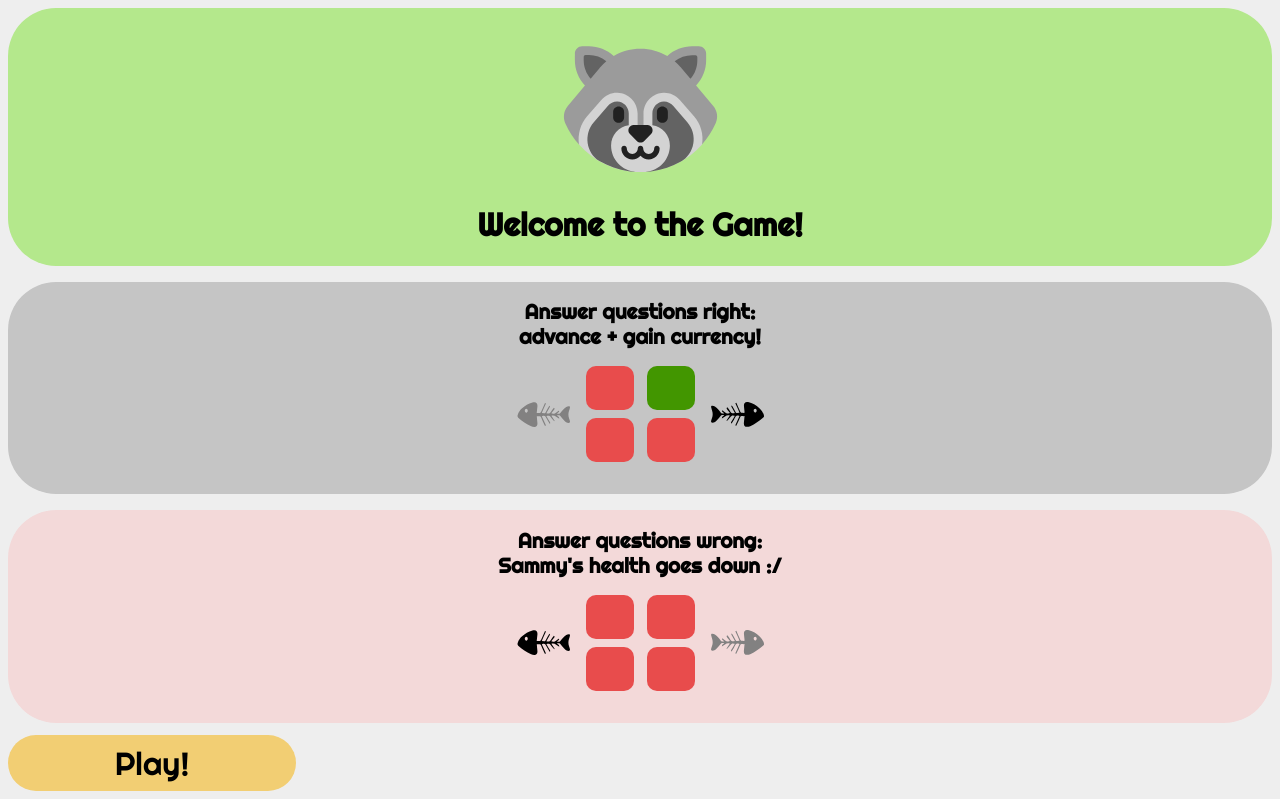
Repository: alemunden/Trash-Scavengers
Page: /QuizTutorial
An editor plug-in stored every save of this project. The page is shown before and after the next save, followed by the edit.
The browser window is 1280 px wide. The pictures show the whole page.
The project was rebuilt for these pictures with package versions that can differ from the ones it lists, and the page was loaded fresh each time. The framework's server and built-in components were replaced by stand-ins that run in the browser. Also part of the build but not shown: next.config.mjs.

Above is the page before, as saved 2024-04-08 11:38:26.

After the next save:
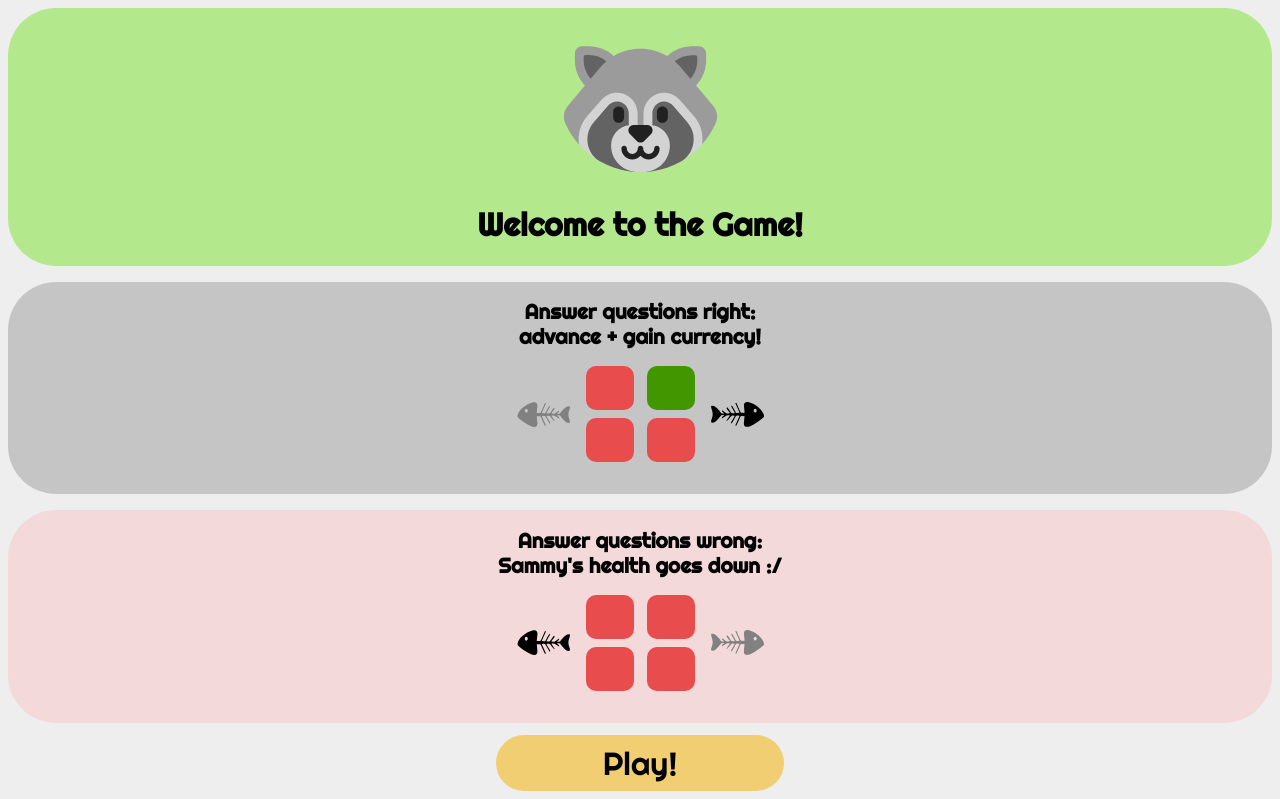
Saved 14 s later.
--- a/styles/QuizTutorial.module.css
+++ b/styles/QuizTutorial.module.css
@@ -63,3 +63,8 @@
     gap: 1rem;
     align-items: center;
 }
+
+.playButton {
+    display: flex;
+    justify-content: center;
+}
